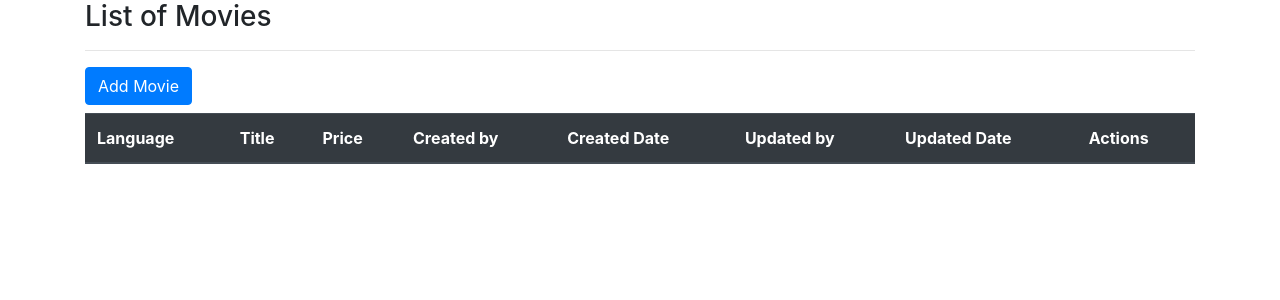
Repository: messimacky/Movie-Rental-System-Front-End
Page: /movies
The author's editor kept a copy of each file at every save. The page is drawn from the files as they stood at one save, then again after the next save.
The browser window is 1280 px wide. The pictures show the whole page.
The page's requests for data from a server got no answer. The project was rebuilt for these pictures with package versions that can differ from the ones it lists, and the page was loaded fresh each time. No one was signed in, and anything a server would have sent is missing. Also part of the build but not shown: src/components/AddMovie.js, src/components/NotFound.js, src/components/login/Login.js, src/services/customer.service.js, src/components/AddCustomer.js, src/components/CustomerList.js, src/services/rental.service.js, src/components/RentalsList.js and 5 more.

Above is the page before, as saved 2022-04-25 12:51:44.

After the next save:
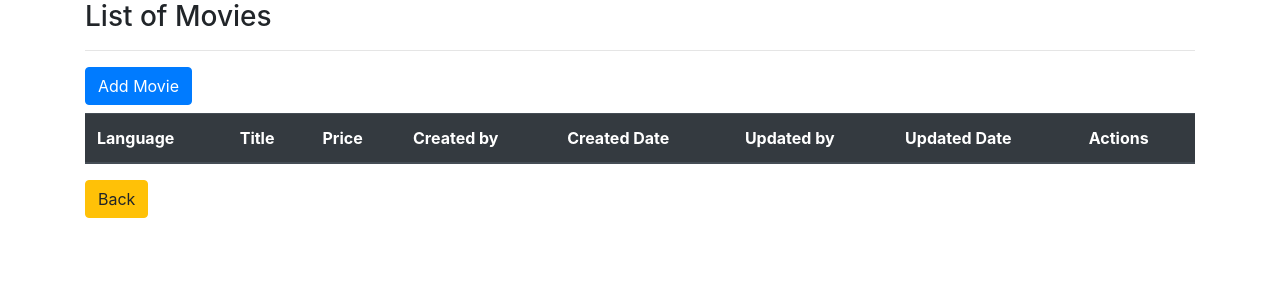
Saved 26 s later.
--- a/src/components/MoviesList.js
+++ b/src/components/MoviesList.js
@@ -87,7 +87,7 @@ const MoviesList = () => {
           </tbody>
         </table>
       </div>
-
+      <Link className="btn btn-warning" to="/navbar">Back</Link>
     </div>
   );
 }
